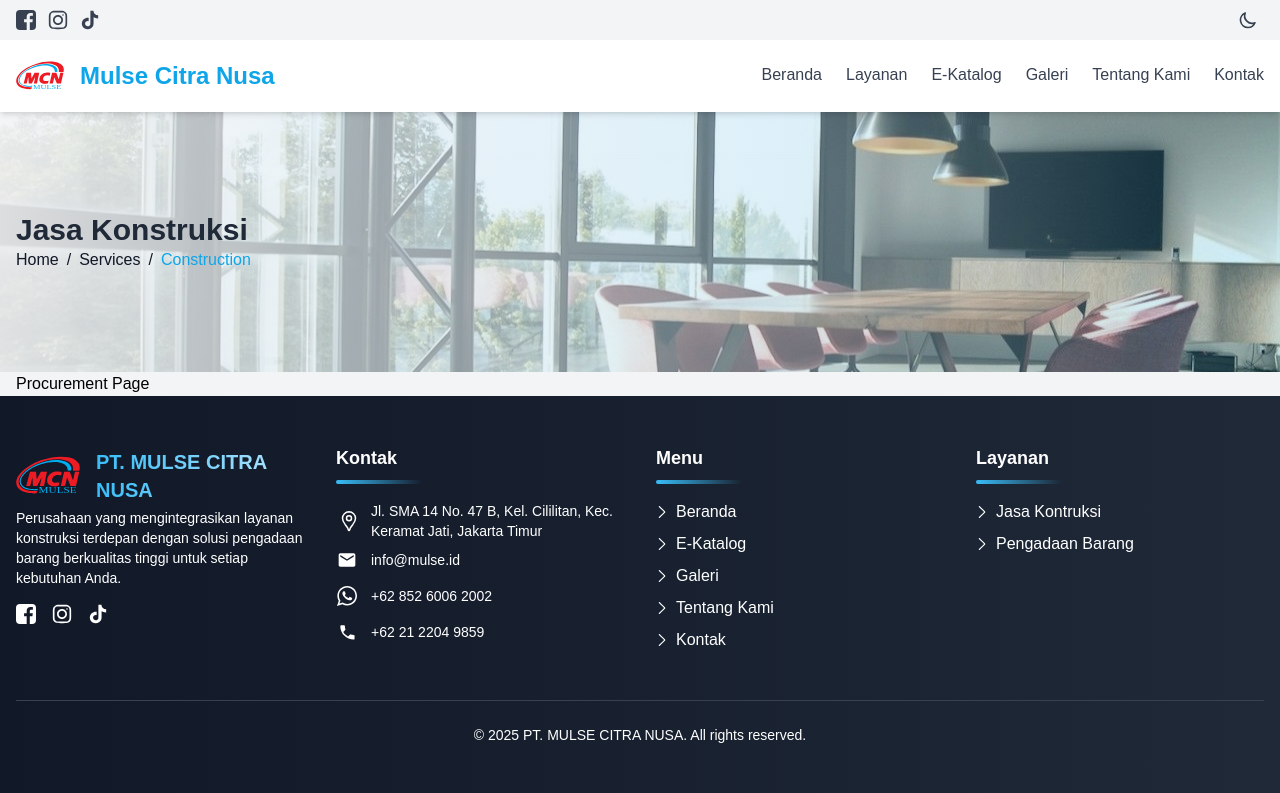
Repository: PrasBaldin/next-mulse
Page: /services/procurement
These files come from the project's save history. The page is drawn as it stood at one moment and after the next save; the edit follows.
The browser window is 1280 px wide. The pictures show the whole page.
The project was rebuilt for these pictures with package versions that can differ from the ones it lists, and the page was loaded fresh each time. The framework's server and built-in components were replaced by stand-ins that run in the browser. Also part of the build but not shown: next.config.ts.

Above is the page before, as saved 2025-02-26 12:46:04.

### app/layout.tsx
import type { Metadata } from "next";
import { Geist, Geist_Mono } from "next/font/google";
import "./globals.css";
import Navbar from "@/components/navbar";
import Footer from "@/components/footer";

const geistSans = Geist({
  variable: "--font-geist-sans",
  subsets: ["latin"],
});

const geistMono = Geist_Mono({
  variable: "--font-geist-mono",
  subsets: ["latin"],
});

export const metadata: Metadata = {
  title: "Mulse",
  description: "Selamat datang di PT. Mulse Citra Nusa, kami menyediakan barang dan jasa sesuai kebutuhan Anda.",
};

export default function RootLayout({
  children,
}: Readonly<{
  children: React.ReactNode;
}>) {
  return (
    <html lang="en">
      <body className={`${geistSans.variable} ${geistMono.variable} antialiased`} >
        <Navbar />
        {children}
        <Footer />
      </body>
    </html>
  );
}

### app/services/procurement/page.tsx
import Link from "next/link";

const ProcurementPage = () => {
  return (
    <>
      <section className="mt-[72px] lg:mt-[112px]">
        <div className="banner">
          <div className="banner-mask"></div>
          <div className="container z-[1] relative">
            <div className="banner-content">
              <h4 className="text-3xl font-bold text-gray-800 dark:text-gray-100 transition duration-500 ease-in-out">
                Jasa Konstruksi
              </h4>
              <ul className="breadcrumbs">
                <li>
                  <Link
                    href="/"
                    className="text-gray-900 dark:text-gray-100 transition duration-500 ease-in-out"
                  >
                    Home
                  </Link>
                </li>
                <li className="text-gray-900 dark:text-gray-100 transition duration-500 ease-in-out">
                  /
                </li>
                <li>
                  <Link
                    href="/"
                    className="text-gray-900 dark:text-gray-100 transition duration-500 ease-in-out"
                  >
                    Services
                  </Link>
                </li>
                <li className="text-gray-900 dark:text-gray-100 transition duration-500 ease-in-out">
                  /
                </li>
                <li>
                  <Link href="/gallery" className="text-sky-500">
                    Construction
                  </Link>
                </li>
              </ul>
            </div>
          </div>
        </div>
      </section>
      <div className="container">
        <h3>Procurement Page</h3>
      </div>
    </>
  );
};

export default ProcurementPage;

### app/globals.css
@tailwind base;
@tailwind components;
@tailwind utilities;

:root {
  --background: #ffffff;
  --foreground: #171717;
}

@media (prefers-color-scheme: dark) {
  :root {
    --background: #0a0a0a;
    --foreground: #ededed;
  }
}

body {
  font-family: Arial, Helvetica, sans-serif;
  @apply bg-gray-100 dark:bg-gray-700;
}

.container {
  @apply mx-auto px-4;
}

.btn {
  @apply px-4 py-3 rounded-lg transition duration-500 ease-in-out;
}

.btn-primary {
  @apply bg-sky-600 hover:bg-sky-700 dark:hover:bg-sky-700 text-gray-100 hover:text-gray-300;
}

.btn-secondary {
  @apply bg-gray-100 hover:bg-gray-300 dark:hover:bg-gray-300 text-gray-800;
}

.btn-primary-border {
  @apply bg-transparent hover:bg-sky-500 dark:hover:bg-sky-500 border-2 border-sky-500 text-sky-500 dark:text-sky-500 hover:text-white dark:hover:text-white;
}

.banner {
  background-image: url("/img/banner-2.jpg");
  background-size: cover;
  @apply py-[100px] relative;
}

.banner-mask {
  @apply absolute inset-0 bg-gradient-to-r from-gray-100/90 to-sky-500/20 dark:from-gray-800/90 dark:to-sky-500/20 transition duration-500 ease-in-out z-[0];
}

.breadcrumbs {
  @apply flex gap-2 font-medium;
}

### components/navbar.tsx
"use client";
import { useState } from "react";
import Link from "next/link";
import Image from "next/image";

import MulseSvg from "@/public/img/mulse.svg";
import "./navbar.css";

// import ToggleLanguage from "./toggleLanguage";
import ToggleDarkMode from "./toggleDarkMode";

const Navbar = () => {
  const [isOpen, setIsOpen] = useState(false);
  const [isDropdownOpen, setIsDropdownOpen] = useState(false);

  return (
    <>
      <div className="utility-bar">
        <div className="container">
          <div className="flex justify-between items-center">
            <div className="w-full flex">
              <a
                href="https://www.facebook.com/profile.php?id=61550927165561&ref=ig_profile_ac"
                target="_blank"
                rel="noopener noreferrer"
                aria-label="Facebook"
                className="social-media-link hover:text-sky-400 transition-colors duration-300"
              >
                <svg
                  className="w-5 h-5 rounded"
                  fill="currentColor"
                  viewBox="0 0 24 24"
                  stroke="none"
                >
                  <path d="M22.675 0h-21.35C.593 0 0 .593 0 1.325v21.351C0 23.407.593 24 1.325 24h11.494v-9.294H9.692v-3.622h3.127V8.413c0-3.1 1.894-4.788 4.659-4.788 1.325 0 2.463.099 2.794.143v3.24l-1.918.001c-1.504 0-1.794.715-1.794 1.763v2.314h3.587l-.467 3.622h-3.12V24h6.116C23.407 24 24 23.407 24 22.675V1.325C24 .593 23.407 0 22.675 0z" />
                </svg>
              </a>
              <a
                href="https://www.instagram.com/mulse.id/"
                target="_blank"
                rel="noopener noreferrer"
                aria-label="Instagram"
                className="social-media-link hover:text-sky-400 transition-colors duration-300"
              >
                <svg
                  className="w-5 h-5"
                  viewBox="0 0 24 24"
                  fill="none"
                  xmlns="http://www.w3.org/2000/svg"
                >
                  <path
                    fillRule="evenodd"
                    clipRule="evenodd"
                    d="M12 18C15.3137 18 18 15.3137 18 12C18 8.68629 15.3137 6 12 6C8.68629 6 6 8.68629 6 12C6 15.3137 8.68629 18 12 18ZM12 16C14.2091 16 16 14.2091 16 12C16 9.79086 14.2091 8 12 8C9.79086 8 8 9.79086 8 12C8 14.2091 9.79086 16 12 16Z"
                    fill="currentColor"
                  />
                  <path
                    d="M18 5C17.4477 5 17 5.44772 17 6C17 6.55228 17.4477 7 18 7C18.5523 7 19 6.55228 19 6C19 5.44772 18.5523 5 18 5Z"
                    fill="currentColor"
                  />
                  <path
                    fillRule="evenodd"
                    clipRule="evenodd"
                    d="M1.65396 4.27606C1 5.55953 1 7.23969 1 10.6V13.4C1 16.7603 1 18.4405 1.65396 19.7239C2.2292 20.8529 3.14708 21.7708 4.27606 22.346C5.55953 23 7.23969 23 10.6 23H13.4C16.7603 23 18.4405 23 19.7239 22.346C20.8529 21.7708 21.7708 20.8529 22.346 19.7239C23 18.4405 23 16.7603 23 13.4V10.6C23 7.23969 23 5.55953 22.346 4.27606C21.7708 3.14708 20.8529 2.2292 19.7239 1.65396C18.4405 1 16.7603 1 13.4 1H10.6C7.23969 1 5.55953 1 4.27606 1.65396C3.14708 2.2292 2.2292 3.14708 1.65396 4.27606ZM13.4 3H10.6C8.88684 3 7.72225 3.00156 6.82208 3.0751C5.94524 3.14674 5.49684 3.27659 5.18404 3.43597C4.43139 3.81947 3.81947 4.43139 3.43597 5.18404C3.27659 5.49684 3.14674 5.94524 3.0751 6.82208C3.00156 7.72225 3 8.88684 3 10.6V13.4C3 15.1132 3.00156 16.2777 3.0751 17.1779C3.14674 18.0548 3.27659 18.5032 3.43597 18.816C3.81947 19.5686 4.43139 20.1805 5.18404 20.564C5.49684 20.7234 5.94524 20.8533 6.82208 20.9249C7.72225 20.9984 8.88684 21 10.6 21H13.4C15.1132 21 16.2777 20.9984 17.1779 20.9249C18.0548 20.8533 18.5032 20.7234 18.816 20.564C19.5686 20.1805 20.1805 19.5686 20.564 18.816C20.7234 18.5032 20.8533 18.0548 20.9249 17.1779C20.9984 16.2777 21 15.1132 21 13.4V10.6C21 8.88684 20.9984 7.72225 20.9249 6.82208C20.8533 5.94524 20.7234 5.49684 20.564 5.18404C20.1805 4.43139 19.5686 3.81947 18.816 3.43597C18.5032 3.27659 18.0548 3.14674 17.1779 3.0751C16.2777 3.00156 15.1132 3 13.4 3Z"
                    fill="currentColor"
                  />
                </svg>
              </a>
              <a
                href="/"
                target="_blank"
                rel="noopener noreferrer"
                aria-label="Tiktok"
                className="social-media-link hover:text-sky-400 transition-colors duration-300"
              >
                <svg
                  className="w-5 h-5"
                  fill="currentColor"
                  viewBox="0 0 32 32"
                  version="1.1"
                  xmlns="http://www.w3.org/2000/svg"
                >
                  <path d="M16.656 1.029c1.637-0.025 3.262-0.012 4.886-0.025 0.054 2.031 0.878 3.859 2.189 5.213l-0.002-0.002c1.411 1.271 3.247 2.095 5.271 2.235l0.028 0.002v5.036c-1.912-0.048-3.71-0.489-5.331-1.247l0.082 0.034c-0.784-0.377-1.447-0.764-2.077-1.196l0.052 0.034c-0.012 3.649 0.012 7.298-0.025 10.934-0.103 1.853-0.719 3.543-1.707 4.954l0.020-0.031c-1.652 2.366-4.328 3.919-7.371 4.011l-0.014 0c-0.123 0.006-0.268 0.009-0.414 0.009-1.73 0-3.347-0.482-4.725-1.319l0.040 0.023c-2.508-1.509-4.238-4.091-4.558-7.094l-0.004-0.041c-0.025-0.625-0.037-1.25-0.012-1.862 0.49-4.779 4.494-8.476 9.361-8.476 0.547 0 1.083 0.047 1.604 0.136l-0.056-0.008c0.025 1.849-0.050 3.699-0.050 5.548-0.423-0.153-0.911-0.242-1.42-0.242-1.868 0-3.457 1.194-4.045 2.861l-0.009 0.030c-0.133 0.427-0.21 0.918-0.21 1.426 0 0.206 0.013 0.41 0.037 0.61l-0.002-0.024c0.332 2.046 2.086 3.59 4.201 3.59 0.061 0 0.121-0.001 0.181-0.004l-0.009 0c1.463-0.044 2.733-0.831 3.451-1.994l0.010-0.018c0.267-0.372 0.45-0.822 0.511-1.311l0.001-0.014c0.125-2.237 0.075-4.461 0.087-6.698 0.012-5.036-0.012-10.060 0.025-15.083z"></path>
                </svg>
              </a>
            </div>
            <div className="utility-content">
              {/* <ToggleLanguage /> */}
              <ToggleDarkMode />
            </div>
          </div>
        </div>
      </div>
      <nav className="navbar">
        <div className="container">
          <div className="flex justify-between items-center">
            <Link
              href="/"
              className="text-2xl font-bold text-sky-500 dark:text-gray-100 flex items-center transition duration-500 ease-in-out py-3"
            >
              <Image src={MulseSvg} alt="img" className="w-12 mr-4" />
              Mulse Citra Nusa
            </Link>

            <div className="hidden lg:flex space-x-6 items-center">
              <Link href="/" className="nav-link">
                Beranda
              </Link>

              <div
                className="relative group"
                onMouseEnter={() => setIsDropdownOpen(true)}
                onMouseLeave={() => setIsDropdownOpen(false)}
              >
                <Link href="/services">
                  <button className="nav-link flex items-center">
                    Layanan
                  </button>
                </Link>
                <div
                  className={`nav-dropdown min-w-[200px] ${
                    isDropdownOpen
                      ? "opacity-100 visible scale-100 translate-y-0"
                      : "opacity-0 invisible scale-95 translate-y-3"
                  }`}
                >
                  <Link
                    href="/services/procurement"
                    className="nav-link-dropdown"
                  >
                    Pengadaan Barang
                  </Link>
                  <Link
                    href="/services/construction"
                    className="nav-link-dropdown"
                  >
                    Jasa Konstruksi
                  </Link>
                </div>
              </div>
              <a
                href="https://katalog.inaproc.id/mulse-citra-nusa"
                target="_blank"
                className="nav-link"
              >
                E-Katalog
              </a>
              <Link href="/gallery" className="nav-link">
                Galeri
              </Link>
              <Link href="/about" className="nav-link">
                Tentang Kami
              </Link>
              <Link href="/contact" className="nav-link">
                Kontak
              </Link>
            </div>

            <button
              className="lg:hidden relative w-8 h-8"
              onClick={() => setIsOpen(!isOpen)}
            >
              <div
                className={`hamburger ${
                  isOpen
                    ? "rotate-45 top-1/2 transform -translate-y-1/2"
                    : "top-2"
                }`}
              ></div>
              <div
                className={`hamburger ${
                  isOpen ? "opacity-0" : "top-1/2 transform -translate-y-1/2"
                }`}
              ></div>
              <div
                className={`hamburger ${
                  isOpen
                    ? "-rotate-45 bottom-1/2 transform translate-y-1/2"
                    : "bottom-2"
                }`}
              ></div>
            </button>
          </div>
        </div>
      </nav>

      {/* Overlay Sidebar */}
      <div
        className={`lg:hidden fixed top-18 left-0 w-full h-full bg-black/50 backdrop-blur-sm transition-opacity duration-500 ease-in-out z-[9] ${
          isOpen ? "opacity-100 visible" : "opacity-0 invisible"
        }`}
        onClick={() => setIsOpen(false)}
      ></div>

      {/* Sidebar Menu */}
      <div
        className={`bg-white dark:bg-gray-800 lg:hidden fixed mt-[72px] right-0 w-64 h-full shadow-lg transform transition-transform duration-500 ease-in-out z-10 ${
          isOpen ? "translate-x-0" : "translate-x-full"
        }`}
      >
        <div className="p-6 flex flex-col space-y-4">
          <Link
            href="/"
            className="nav-link-mobile"
            onClick={() => setIsOpen(false)}
          >
            Beranda
          </Link>

          <div>
            <button
              className="nav-link-mobile flex items-center w-full"
              onClick={() => setIsDropdownOpen(!isDropdownOpen)}
            >
              Layanan
              <span
                className={`dropdown-arrow ${
                  isDropdownOpen
                    ? "rotate-45 absolute right-9 mb-2"
                    : "-rotate-45 absolute right-9"
                }`}
              ></span>
            </button>
            <div
              className={`bg-white dark:bg-gray-800 ml-4 space-y-2 rounded-lg overflow-hidden transition-all duration-500 ease-in-out ${
                isDropdownOpen
                  ? "max-h-[500px] opacity-100 p-2 mt-2"
                  : "max-h-0 opacity-0 p-0 mt-0"
              }`}
            >
              <Link
                href="/services/procurement"
                className="nav-link-mobile block"
                onClick={() => setIsOpen(false)}
              >
                Pengadaan Barang
              </Link>
              <Link
                href="/services/construction"
                className="nav-link-mobile block"
                onClick={() => setIsOpen(false)}
              >
                Jasa Konstruksi
              </Link>
            </div>
          </div>
          <Link
            href="https://katalog.mulse.id"
            className="nav-link-mobile"
            onClick={() => setIsOpen(false)}
          >
            E-Katalog
          </Link>
          <Link
            href="/gallery"
            className="nav-link-mobile"
            onClick={() => setIsOpen(false)}
          >
            Galeri
          </Link>
          <Link
            href="/about"
            className="nav-link-mobile"
            onClick={() => setIsOpen(false)}
          >
            Tentang Kami
          </Link>
          <Link
            href="/contact"
            className="nav-link-mobile"
            onClick={() => setIsOpen(false)}
          >
            Kontak
          </Link>
          {/* <ToggleLanguage /> */}
          <ToggleDarkMode />
        </div>
      </div>
    </>
  );
};

export default Navbar;

### components/navbar.css
.utility-bar {
  @apply hidden lg:block absolute top-0 w-full py-1 bg-gray-100 dark:bg-gray-700 transition duration-500 ease-in-out z-10;
}

.utility-content {
  @apply w-auto flex gap-2;
}

.social-media-link {
  @apply mr-3 text-gray-700 dark:text-gray-100 hover:text-sky-500 dark:hover:text-sky-500 transition duration-300;
}

.navbar {
  @apply bg-white dark:bg-gray-800 transition duration-500 ease-in-out shadow-md top-0 lg:top-[40px] fixed lg:absolute w-full z-20;
}

.nav-link {
  @apply text-gray-700 hover:text-sky-500 dark:hover:text-sky-500 dark:text-gray-100 py-5 transition duration-500 ease-in-out border-b-2 border-transparent hover:border-sky-500 flex items-center;
}

.nav-dropdown {
  @apply bg-white dark:bg-gray-800 absolute top-[4rem] -left-2 w-auto pt-2 p-3 border-2 border-sky-300 dark:border-sky-800 border-t-sky-500 dark:border-t-sky-500 shadow-xl rounded-lg overflow-visible transition-all duration-300 transform;
}

.nav-link-dropdown {
  @apply text-gray-700 hover:text-sky-500 dark:hover:text-sky-500 dark:text-gray-100 pt-2 pb-1 transition duration-500 ease-in-out hover:bg-gray-100 dark:hover:bg-gray-700 rounded border-b border-gray-200 hover:border-sky-500 block mt-2 px-2;
}

.nav-link-mobile {
  @apply hover:bg-gray-100 dark:hover:bg-gray-700 text-gray-700 hover:text-sky-500 dark:hover:text-sky-500 dark:text-gray-100 py-2 pl-2 border-b border-gray-200 hover:border-sky-500 rounded transition;
}

.hamburger {
  @apply absolute w-6 h-[3px] bg-gray-800 dark:bg-gray-100 rounded transition duration-500 ease-in-out;
}

.dropdown-arrow {
  @apply border-b-2 border-r-2 border-gray-700 dark:border-gray-100 ml-2 w-3 h-3 transition duration-500 ease-in-out;
}

.nav-link-mobile:hover .dropdown-arrow {
  @apply border-sky-500;
}

### components/toggleDarkMode.tsx
"use client";
import { useState, useEffect } from "react";
import IconDarkMode from "../app/_assets/icon/iconDarkmode";
import IconLightMode from "../app/_assets/icon/iconLightmode";

import "./toggleDarkMode.css";

const ToggleDarkMode = () => {
  const [isDarkMode, setIsDarkMode] = useState(false);
  useEffect(() => {
    const storedTheme = localStorage.getItem("theme");
    setIsDarkMode(storedTheme === "dark");
  }, []);

  useEffect(() => {
    if (isDarkMode) {
      document.documentElement.classList.add("dark");
      localStorage.setItem("theme", "dark");
    } else {
      document.documentElement.classList.remove("dark");
      localStorage.setItem("theme", "light");
    }
  }, [isDarkMode]);

  return (
    <>
      {/* Mobile */}
      <button
        onClick={() => setIsDarkMode(!isDarkMode)}
        className="lg:hidden btn h-11 flex items-center"
        style={{ padding: ".5rem" }}
      >
        <div className="block">
          <div className="absolute flex items-center gap-2">
            <div
              className={`toggle-dark-mode-mobile gap-2 ${
                isDarkMode ? "opacity-100 rotate-0" : "opacity-0 rotate-90"
              }`}
            >
              <IconLightMode />
            </div>
            <span
              className={`text-gray-700 dark:text-gray-300 ${
                isDarkMode ? "opacity-100" : "opacity-0"
              }`}
            >
              Light Mode
            </span>
          </div>
          <div className="flex items-center gap-2">
            <div
              className={`toggle-dark-mode-mobile gap-2 ${
                isDarkMode ? "opacity-0 -rotate-90" : "opacity-100 rotate-0"
              }`}
            >
              <IconDarkMode />
            </div>
            <span
              className={`text-gray-700 dark:text-gray-300 ${
                isDarkMode ? "opacity-0" : "opacity-100"
              }`}
            >
              Night Mode
            </span>
          </div>
        </div>
      </button>

      {/* Desktop */}
      <button
        onClick={() => setIsDarkMode(!isDarkMode)}
        className="btn hidden lg:block btn w-8 h-8 relative overflow-hidden"
      >
        <div
          className={`toggle-dark-mode ${
            isDarkMode ? "opacity-100 rotate-0" : "opacity-0 rotate-90"
          }`}
        >
          <IconLightMode />
        </div>
        <div
          className={`toggle-dark-mode ${
            isDarkMode ? "opacity-0 -rotate-90" : "opacity-100 rotate-0"
          }`}
        >
          <IconDarkMode />
        </div>
      </button>
    </>
  );
};

export default ToggleDarkMode;

### components/footer.css
footer table tr a {
    @apply transition duration-300
}

footer table tr:hover a {
    @apply text-sky-400
}

### app/_assets/icon/iconDarkmode.tsx
import React from "react";

const IconDarkmode = () => {
    return (
        <svg xmlns="http://www.w3.org/2000/svg" className="h-5 w-5 text-gray-700 dark:text-gray-100" fill="none" viewBox="0 0 24 24" stroke="currentColor">
            <path strokeLinecap="round" strokeLinejoin="round" strokeWidth={2} d="M20.354 15.354A9 9 0 018.646 3.646 9.003 9.003 0 0012 21a9.003 9.003 0 008.354-5.646z" />
        </svg>
    )
}

export default IconDarkmode

### app/_assets/icon/iconLightmode.tsx
import React from "react";

const IconLightMode = () => {
    return (
        <svg xmlns="http://www.w3.org/2000/svg" className="h-5 w-5 text-gray-100" fill="none" viewBox="0 0 24 24" stroke="currentColor">
            <path strokeLinecap="round" strokeLinejoin="round" strokeWidth="2" d="M12 3v1m0 16v1m9-9h-1M4 12H3m15.364 6.364l-.707-.707M6.343 6.343l-.707-.707m12.728 0l-.707.707M6.343 17.657l-.707.707" />
            <circle cx="12" cy="12" r="3" stroke="currentColor" strokeWidth="2" fill="none" />
        </svg>
    )
}

export default IconLightMode

### components/toggleDarkMode.css
.toggle-dark-mode {
    @apply absolute top-0 bottom-0 left-0 right-0 flex items-center justify-center transition-all duration-500 transform
}

.toggle-dark-mode-mobile {
    @apply flex items-center justify-center transition-all duration-500 transform
}

### tailwind.config.ts
import type { Config } from "tailwindcss";

export default {
  darkMode: 'class',
  content: [
    "./pages/**/*.{js,ts,jsx,tsx,mdx}",
    "./components/**/*.{js,ts,jsx,tsx,mdx}",
    "./app/**/*.{js,ts,jsx,tsx,mdx}"
  ],
  theme: {
    extend: {
      width: {
        '11': '2.75rem',
      },
      height: {
        '11': '2.75rem',
      },
      colors: {
        background: "var(--background)",
        foreground: "var(--foreground)",
      },
    },
  },
  plugins: [],
} satisfies Config;

Loaded but not shown: components/footer.tsx (503 lines, source omitted)

After the next save:
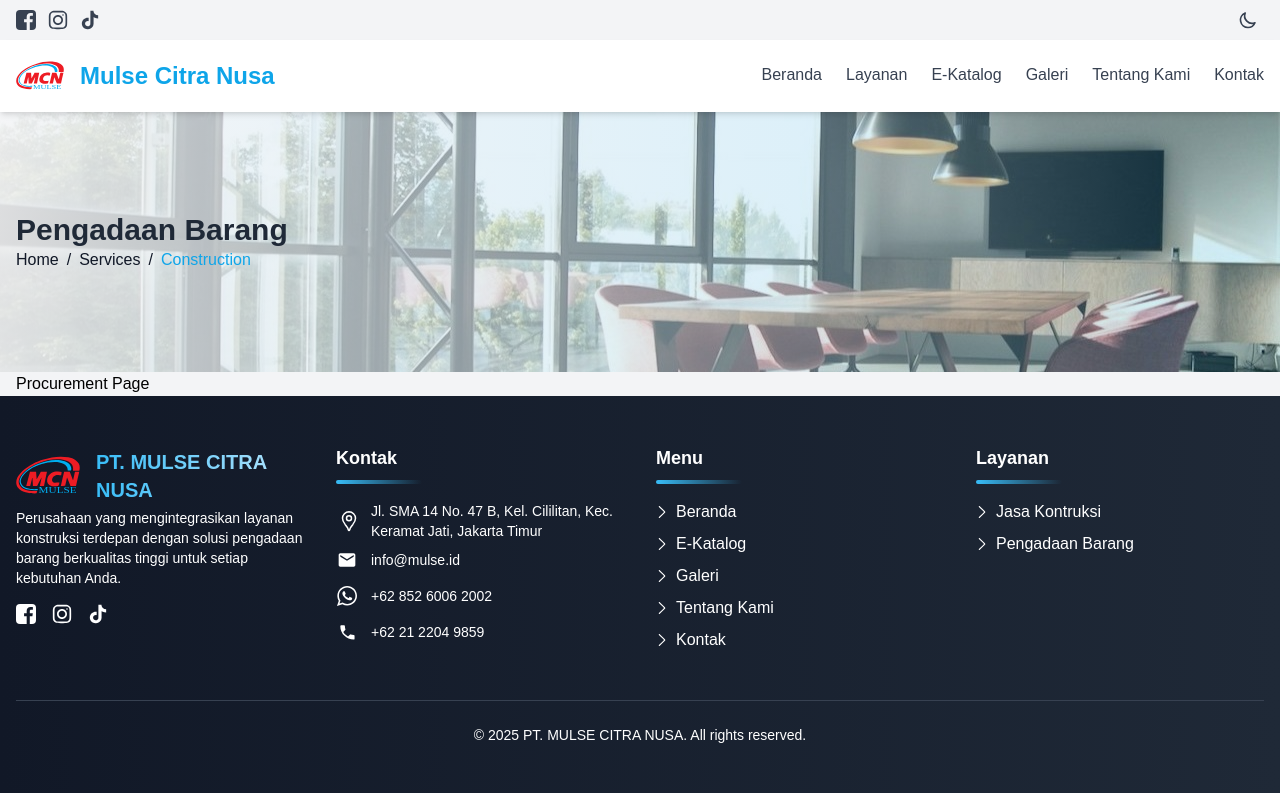
Saved 21 s later.
--- a/app/services/procurement/page.tsx
+++ b/app/services/procurement/page.tsx
@@ -9,7 +9,7 @@
           <div className="container z-[1] relative">
             <div className="banner-content">
               <h4 className="text-3xl font-bold text-gray-800 dark:text-gray-100 transition duration-500 ease-in-out">
-                Jasa Konstruksi
+                Pengadaan Barang
               </h4>
               <ul className="breadcrumbs">
                 <li>
